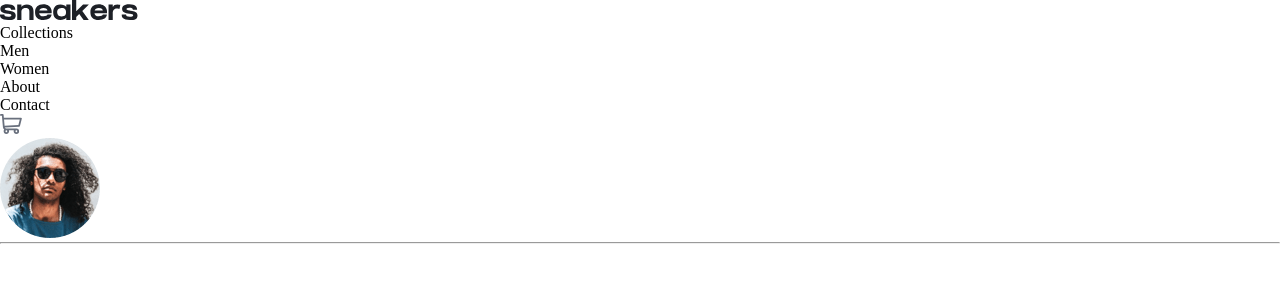
Repository: DevLaukey/ecommerce-design
Page: index.html
These files come from the project's save history. The page is drawn as it stood at one moment and after a run of saves; the edit follows.
The browser window is 1280 px wide. The pictures show the whole page.

Above is the page before, as saved 2022-05-15 16:37:34.

### index.html
<!DOCTYPE html>
<html lang="en">
<head>
  <meta charset="UTF-8">
  <meta http-equiv="X-UA-Compatible" content="IE=edge">
  <meta name="viewport" content="width=device-width, initial-scale=1.0">
  <title>Document</title>
  <link rel="stylesheet" href="./css/style.css" type="text/css">
</head>
<body>
  <div class="nav">
    <div class="logo">
      <svg width="138" height="20" xmlns="http://www.w3.org/2000/svg"><path d="M8.217 20c4.761 0 7.519-.753 7.519-4.606 0-3.4-3.38-4.172-6.66-4.682l-.56-.085-.279-.041-.35-.053c-2.7-.405-3.18-.788-3.18-1.471 0-.478.49-1.331 2.843-1.331 2.455 0 3.493.647 3.493 1.87v.134h4.281v-.133c0-2.389-1.35-5.238-7.774-5.238-5.952 0-7.201 2.584-7.201 4.752 0 3.097 2.763 4.086 7.223 4.675.21.028.433.054.659.081 1.669.197 3.172.42 3.172 1.585 0 1.01-1.615 1.222-3.298 1.222-2.797 0-3.784-.593-3.784-1.92v-.134H.002L0 14.926v.317c.008.79.118 1.913 1.057 2.862C2.303 19.362 4.712 20 8.217 20Zm13.21 0v-7.49c0-2.104.547-4.423 4.176-4.423 3.915 0 3.778 2.777 3.768 4.042V20h4.18v-7.768c0-2.264-.176-7.766-6.732-7.766-2.778 0-4.192.911-5.195 2.28h-.197V4.467H17.22V20h4.207Zm21.959 0c5.094 0 7.787-2.07 8.217-5.405H47.53c-.386 1.02-1.63 1.72-4.143 1.72-2.721 0-3.962-1.03-4.25-3.106h12.527c.24-2.13-.029-5.417-3.026-7.44v.005c-1.312-.915-3.056-1.465-5.251-1.465-5.24 0-8.336 2.772-8.336 7.845 0 5.17 3.02 7.846 8.336 7.846Zm4.099-9.574h-8.188c.486-1.574 1.764-2.431 4.089-2.431 2.994 0 3.755 1.267 4.099 2.431ZM70.499 20V4.457H66.29V6.74h-.176c-1.053-1.377-2.809-2.283-5.677-2.283-6.433 0-7.225 5.293-7.253 7.635v.137c0 2.092.732 7.771 7.241 7.771 2.914 0 4.684-.818 5.734-2.169h.131V20H70.5Zm-8.854-3.623c-3.996 0-4.447-3.032-4.447-4.148 0-1.21.426-4.148 4.455-4.148 3.631 0 4.374 2.044 4.374 4.148 0 2.35-.742 4.148-4.382 4.148ZM88.826 20l-6.529-9.045 6.588-6.488h-5.827l-6.836 6.756V0h-4.187v19.954h4.187V16.94l3.02-2.976L83.6 20h5.226Zm9.9 0c5.094 0 7.786-2.07 8.217-5.405h-4.074c-.387 1.02-1.63 1.72-4.143 1.72-2.721 0-3.962-1.03-4.25-3.106h12.527c.24-2.13-.029-5.417-3.026-7.44v.005c-1.312-.915-3.057-1.465-5.251-1.465-5.24 0-8.336 2.772-8.336 7.845 0 5.17 3.02 7.846 8.336 7.846Zm4.098-9.574h-8.187c.485-1.574 1.763-2.431 4.089-2.431 2.994 0 3.755 1.267 4.098 2.431ZM112.76 20v-6.97c0-2.103.931-4.542 4.05-4.542 1.33 0 2.393.236 2.785.346l.67-3.976c-.728-.16-1.626-.392-2.757-.392-2.665 0-3.622.794-4.486 2.282h-.262V4.466h-4.21V20h4.21Zm17.221 0c4.761 0 7.519-.753 7.519-4.606 0-3.4-3.38-4.172-6.66-4.682l-.56-.085-.279-.041-.349-.053c-2.701-.405-3.181-.788-3.181-1.471 0-.478.49-1.331 2.843-1.331 2.455 0 3.493.647 3.493 1.87v.134h4.282v-.133c0-2.389-1.35-5.238-7.775-5.238-5.952 0-7.201 2.584-7.201 4.752 0 3.097 2.763 4.086 7.224 4.675.21.028.432.054.658.081 1.669.197 3.172.42 3.172 1.585 0 1.01-1.615 1.222-3.298 1.222-2.796 0-3.784-.593-3.784-1.92v-.134h-4.319l-.001.301v.317c.008.79.117 1.913 1.056 2.862 1.246 1.257 3.655 1.895 7.16 1.895Z" fill="#1D2026" fill-rule="nonzero"/></svg>
    </div>
    <nav>
      <div class="nav-menu">
<p>Collections</p>
<p>Men</p>
<p>Women</p>
<p>About</p>
<p>Contact</p>
      </div>
      <div class="nav-icons">
<div class="icon">
  <svg width="22" height="20" xmlns="http://www.w3.org/2000/svg"><path d="M20.925 3.641H3.863L3.61.816A.896.896 0 0 0 2.717 0H.897a.896.896 0 1 0 0 1.792h1l1.031 11.483c.073.828.52 1.726 1.291 2.336C2.83 17.385 4.099 20 6.359 20c1.875 0 3.197-1.87 2.554-3.642h4.905c-.642 1.77.677 3.642 2.555 3.642a2.72 2.72 0 0 0 2.717-2.717 2.72 2.72 0 0 0-2.717-2.717H6.365c-.681 0-1.274-.41-1.53-1.009l14.321-.842a.896.896 0 0 0 .817-.677l1.821-7.283a.897.897 0 0 0-.87-1.114ZM6.358 18.208a.926.926 0 0 1 0-1.85.926.926 0 0 1 0 1.85Zm10.015 0a.926.926 0 0 1 0-1.85.926.926 0 0 1 0 1.85Zm2.021-7.243-13.8.81-.57-6.341h15.753l-1.383 5.53Z" fill="#69707D" fill-rule="nonzero"/></svg>
</div>
<div class="avatar">
  <img src="./assets/image-avatar.png" alt="">
</div>
      </div>
    </nav>
  </div>
  <hr>
</body>
</html>

### css/style.css
*{
    margin: 0;
    padding: 0;
    box-sizing: border-box;
}
body:{
    max-width: 80%;
}

After the next 2 saves:
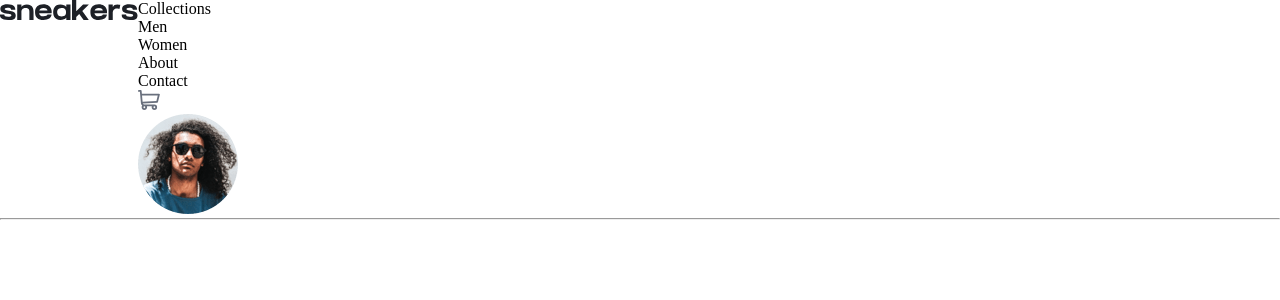
The 2 saves are shown as one change because they came seconds apart.
The last was saved 20 s later.
--- a/css/style.css
+++ b/css/style.css
@@ -3,6 +3,6 @@
     padding: 0;
     box-sizing: border-box;
 }
-body:{
-    max-width: 80%;
+.nav{
+    display: flex;
 }
